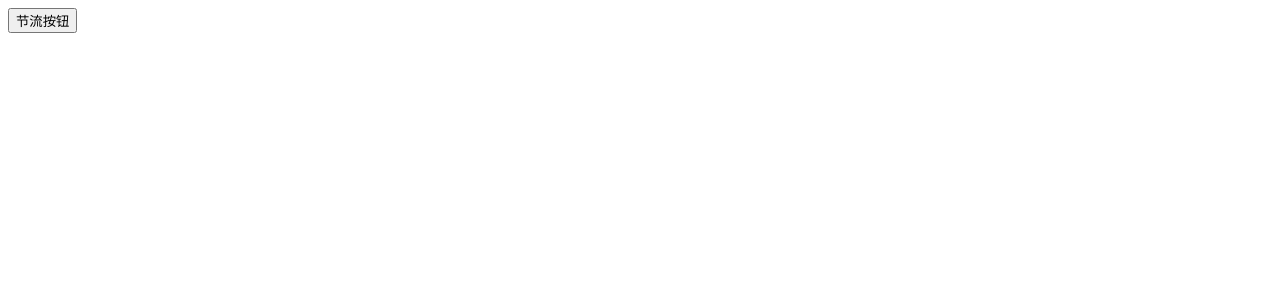
Repository: chenguocan/mianshi
Page: throttle.html
The author's editor kept a copy of each file at every save. The page is drawn from the files as they stood at one save, then again after the next save.
The browser window is 1280 px wide. The pictures show the whole page.

Above is the page before, as saved 2020-09-26 10:21:20.

After the next save:
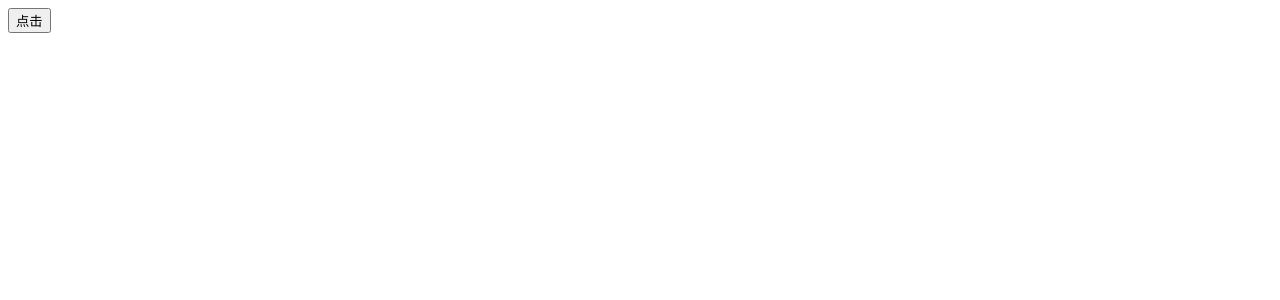
Saved 25 s later.
--- a/throttle.html
+++ b/throttle.html
@@ -6,26 +6,29 @@
     <meta name="viewport" content="width=device-width, initial-scale=1.0">
     <title>Document</title>
 </head>
-<button class='btn'>节流按钮</button>
+<button class="btn">点击</button>
 
 <body>
-
     <script>
-        function throttle(callback, delay) {
-            let pre = 0;
-            return function (event) {
-                const current = Date.now();
-                if (current - pre > delay) {
-                    callback.call(this, event);
-                    pre = current;
+        function debounce(fn, delay) {
+            let timerId = null;
+            return function () {
+                const that = this;
+                if (timerId) {
+                    window.clearTimeout(timerId);
                 }
+                timerId = setTimeout(() => {
+                    fn.apply(that, arguments);
+                    timerId = null;
+                }, delay)
             }
         }
         function xxx() {
-            console.log('点击了');
+            console.log("点击了")
         }
-        let btn = document.querySelector(".btn");
-        btn.addEventListener('click', throttle(xxx, 2000));
+        const btn = document.querySelector('.btn');
+        btn.addEventListener('click', debounce('xxx', 1000));
+
     </script>
 </body>
 

After the save that followed:
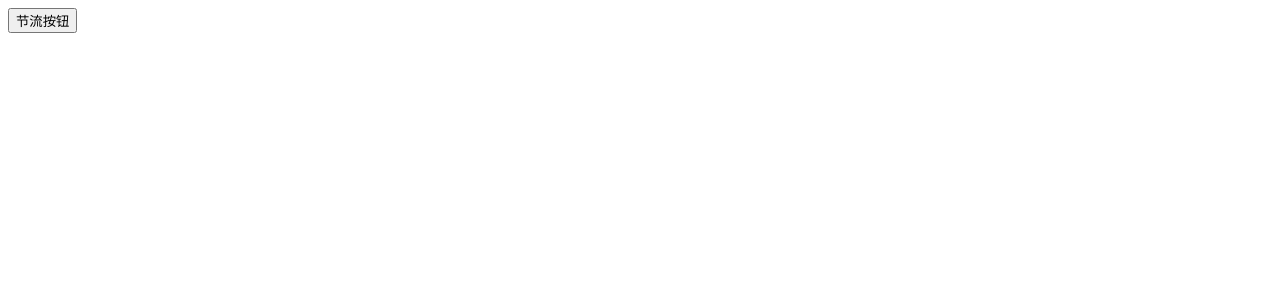
Saved 9 s later.
--- a/throttle.html
+++ b/throttle.html
@@ -6,29 +6,26 @@
     <meta name="viewport" content="width=device-width, initial-scale=1.0">
     <title>Document</title>
 </head>
-<button class="btn">点击</button>
+<button class='btn'>节流按钮</button>
 
 <body>
+
     <script>
-        function debounce(fn, delay) {
-            let timerId = null;
-            return function () {
-                const that = this;
-                if (timerId) {
-                    window.clearTimeout(timerId);
+        function throttle(callback, delay) {
+            let pre = 0;
+            return function (event) {
+                const current = Date.now();
+                if (current - pre > delay) {
+                    callback.call(this, event);
+                    pre = current;
                 }
-                timerId = setTimeout(() => {
-                    fn.apply(that, arguments);
-                    timerId = null;
-                }, delay)
             }
         }
         function xxx() {
-            console.log("点击了")
+            console.log('点击了');
         }
-        const btn = document.querySelector('.btn');
-        btn.addEventListener('click', debounce('xxx', 1000));
-
+        let btn = document.querySelector(".btn");
+        btn.addEventListener('click', throttle(xxx, 2000));
     </script>
 </body>
 
